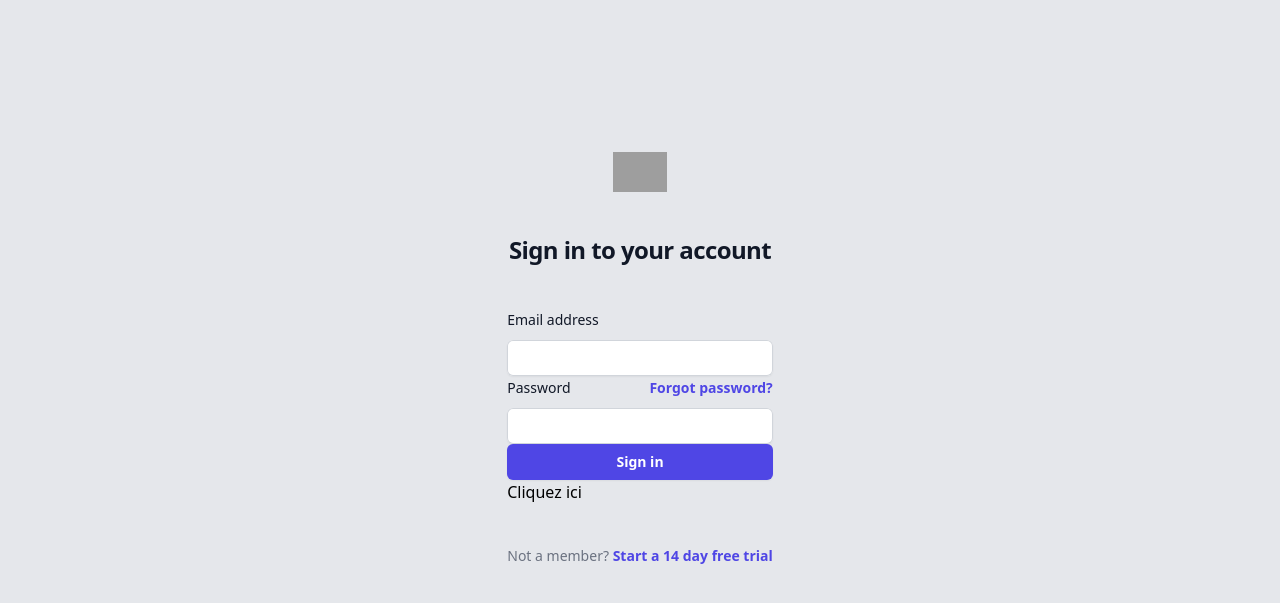
Repository: boschierob/interventio-app
Page: http://localhost/login
The author's editor kept a copy of each file at every save. The page is drawn from the files as they stood at one save, then again after the next save.
The browser window is 1280 px wide. The pictures show the whole page.
Pictures or frames that could not be fetched are drawn as grey boxes. The page is served by the project's Node server (server.js).

Above is the page before, as saved 2023-11-14 16:10:56.

After the next save:
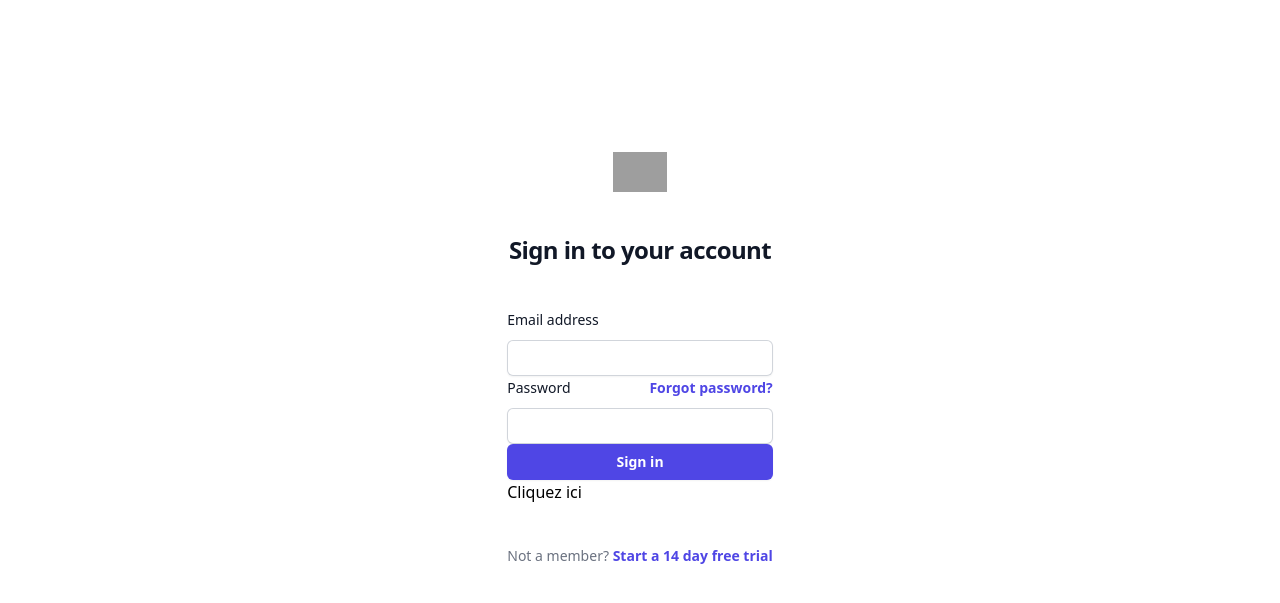
Saved 2 min 28 s later.
--- a/views/login.ejs
+++ b/views/login.ejs
@@ -13,6 +13,10 @@
 </head>
 
 <body class="bg-gray-200 flex justify-center items-center h-screen">
+
+   <!-- Définir une variable d'état -->
+   <% var color = color || '#FFFFFF'; %>
+
   <form action="/login" method="post" class="flex min-h-full flex-col justify-center px-6 py-12 lg:px-8">
     <div class="sm:mx-auto sm:w-full sm:max-w-sm">
       <img class="mx-auto h-10 w-auto" src="https://tailwindui.com/img/logos/mark.svg?color=indigo&shade=600"
@@ -63,6 +67,11 @@
   </form>
 
 
+  <!-- Inclure la couleur dynamique -->
+  <script>
+      document.body.style.backgroundColor = "<%= color %>";
+  </script>
+
 
 
 </body>
